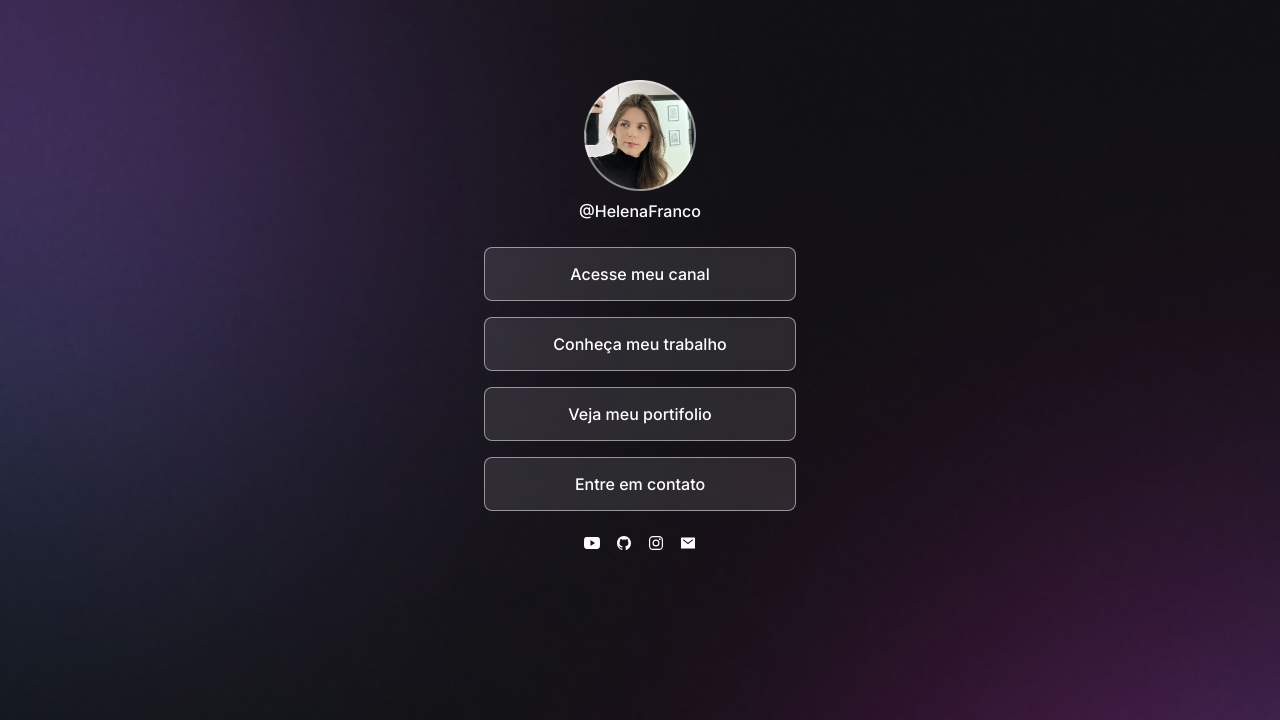
Repository: Fr4nc021/Pagina-de-links-
Page: index.html
These files come from the project's save history. The page is drawn as it stood at one moment and after the next save; the edit follows.
The browser window is 1280 px wide. The pictures show the whole page.

Above is the page before, as saved 2025-02-13 20:03:20.

After the next save:
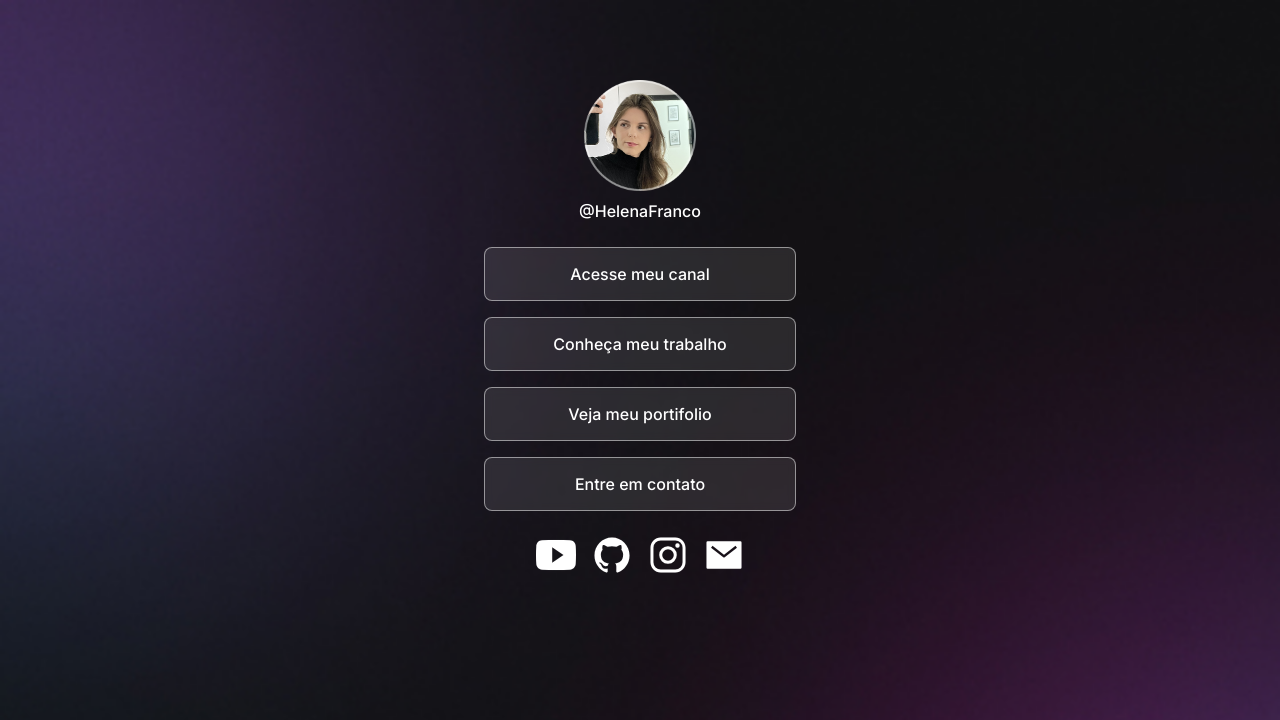
Saved 87 s later.
--- a/style.css
+++ b/style.css
@@ -81,4 +81,5 @@ ul li a {
         justify-content: center;
         gap: 16px;
         margin-top: 24px;
+        font-size:40px
     }
